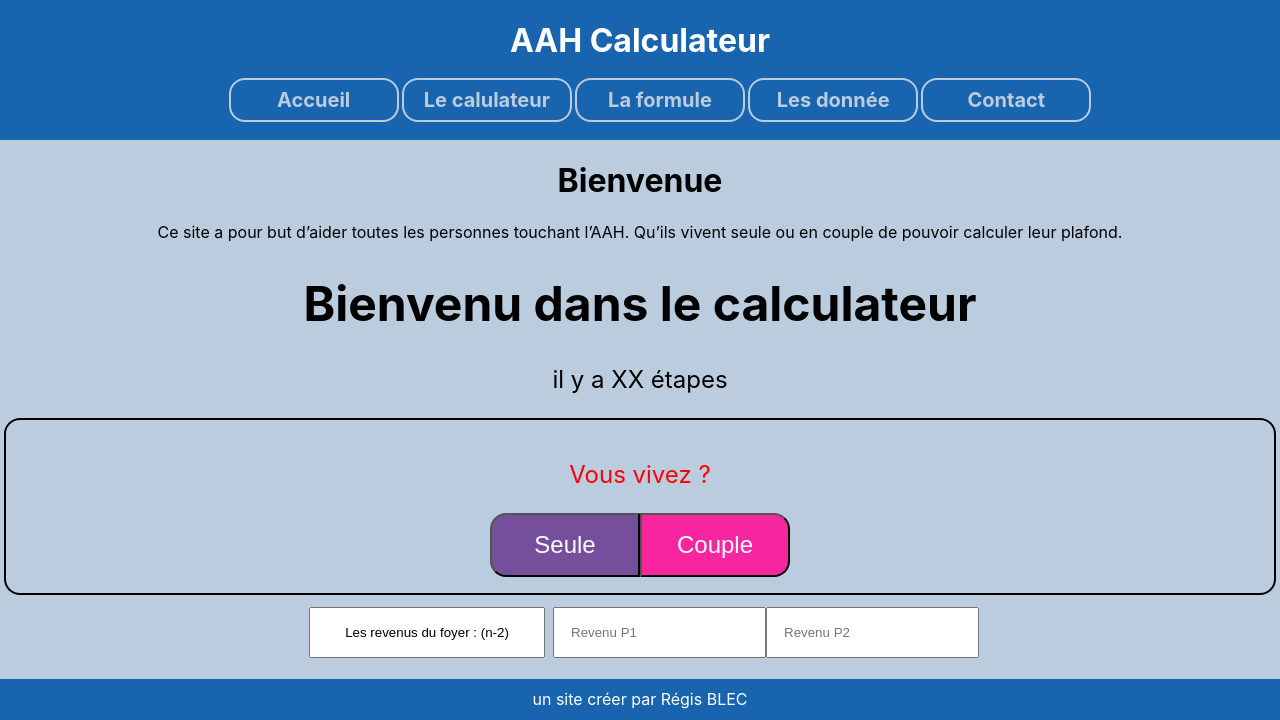
Repository: Cide74/calculateur-aah
Page: /
The author's editor kept a copy of each file at every save. The page is drawn from the files as they stood at one save, then again after a run of saves.
The browser window is 1280 px wide. The pictures show the whole page.
The project was rebuilt for these pictures with package versions that can differ from the ones it lists, and the page was loaded fresh each time.

Above is the page before, as saved 2021-04-05 19:47:58.

### public/index.html
<!DOCTYPE html>
<html lang="fr">
  <head>
    <meta charset="utf-8" />
    <link rel="icon" href="%PUBLIC_URL%/logoAAH.ico" />
    <meta name="viewport" content="width=device-width, initial-scale=1" />
    <meta name="theme-color" content="#000000" />
    <meta
      name="description"
      content="Web site created using create-react-app"
    />
    <link rel="apple-touch-icon" href="%PUBLIC_URL%/logoAAH.jpg" />
    <!--
      manifest.json provides metadata used when your web app is installed on a
      user's mobile device or desktop. See https://developers.google.com/web/fundamentals/web-app-manifest/
    -->
    <link rel="manifest" href="%PUBLIC_URL%/manifest.json" />
    <!--
      Notice the use of %PUBLIC_URL% in the tags above.
      It will be replaced with the URL of the `public` folder during the build.
      Only files inside the `public` folder can be referenced from the HTML.

      Unlike "/favicon.ico" or "favicon.ico", "%PUBLIC_URL%/favicon.ico" will
      work correctly both with client-side routing and a non-root public URL.
      Learn how to configure a non-root public URL by running `npm run build`.
    -->
    <title>React App</title>
  </head>
  <body>
    <noscript>You need to enable JavaScript to run this app.</noscript>
    <div id="root"></div>
    <!--
      This HTML file is a template.
      If you open it directly in the browser, you will see an empty page.

      You can add webfonts, meta tags, or analytics to this file.
      The build step will place the bundled scripts into the <body> tag.

      To begin the development, run `npm start` or `yarn start`.
      To create a production bundle, use `npm run build` or `yarn build`.
    -->
  </body>
</html>

### src/index.css
body {
  margin: 0;
  font-family: -apple-system, BlinkMacSystemFont, 'Segoe UI', 'Roboto', 'Oxygen',
    'Ubuntu', 'Cantarell', 'Fira Sans', 'Droid Sans', 'Helvetica Neue',
    sans-serif;
  -webkit-font-smoothing: antialiased;
  -moz-osx-font-smoothing: grayscale;







  background-color:#BBCCDE;
  background-color:#1864AF;
}

code {
  font-family: source-code-pro, Menlo, Monaco, Consolas, 'Courier New',
    monospace;
}

### src/App.js
import Header from './components/Header/Header';
import Menu from './components/Menu/Menu';
import Main from './components/Main/Main';
import Footer from './components/Footer/Footer';

import './App.scss';

function App() {
  return (
    <div className="App">
      <Header />
      <Menu />
      <Main />
      <Footer />
    </div>
  );
}

export default App;

### src/components/Header/Header.js
//import Menu from '../Menu/Menu';
import './Header.scss';

export default function Header() {
  return (
    <div className="header">
      <h1 className="header-title">AAH Calculateur</h1>

    </div>
  );
}

### src/components/Menu/Menu.js

import './Menu.scss';

export default function Menu() {
  return (
		<nav className="menu">
			<ul className="menu__list">
				<li className="menu__item menu__item--current">
          <a className="menu__link">Accueil</a></li>
				<li className="menu__item">
          <a className="menu__link">Le calulateur</a></li>
				<li className="menu__item">
          <a className="menu__link">La formule</a></li>
				<li className="menu__item">
          <a className="menu__link">Les donnée</a></li>
				<li className="menu__item">
          <a className="menu__link">Contact</a></li>
			</ul>
		</nav>
  );
}

### src/components/Main/Main.js
import Home from '../Home/Home';
import Calculator from '../Calculator/Calculator';

import './Main.scss';

export default function Main() {
  return (
    <div className="Main">
      < Home />
      < Calculator />

    </div>
  );
}

### src/components/Footer/Footer.js
import './Footer.scss';

export default function Footer() {
  return (
    <div className="Footer">
      <h1 className="Footer-title">un site créer par Régis BLEC</h1>
    </div>
  );
}

### src/App.scss
.App {

  text-align: center;
  background-color:#1864AF ;
  background-color:#BBCCDE;

  display: flex;
  flex-direction: column;
  min-height: 100vh;

  h1 {
   // color:white;
  }
}

### src/components/Header/Header.scss
.header {
    background-color:#1864AF;
    &-title {
        color: white;
        font-size: 2em;
        background-color:#1864AF;
        margin-bottom: 0rem ;
    }
}

### src/components/Menu/Menu.scss
.menu {
    color:#BBCCDE;
    background-color:#1864AF;
    &__list {
        display:inline-flex;
    }
    &__item {
        max-width: auto;
        margin:0.1rem;
        padding: 0.5rem;
        list-style:none;
        font-size: 1.25em;
        font-weight: bolder;
        border-radius: 1rem ;
        border:2px solid #BBCCDE;
        min-width: 150px;
    }
    &__item:hover {
            color :#1864AF;
            border-radius: 3rem ;
            background-color:#BBCCDE;
        }
}

### src/components/Home/Home.js


import './Home.scss';

export default function Home() {
  return (
    <div className='Home'>
      <h1>Bienvenue</h1>
      <p>Ce site a pour but d’aider toutes les personnes touchant l’AAH. Qu’ils vivent seule ou en couple de pouvoir calculer leur plafond. </p>

    </div>
  );
}

### src/components/Calculator/Calculator.js
import React from 'react';
import { Button } from 'semantic-ui-react'

import './Calculator.scss';

export default function Calculator() {

  return (
    <div className='calculateur'>



      <h1>Bienvenu dans le calculateur</h1>
      <p>il y a XX étapes </p>
        <form className="form">

          <div className='form-situation'>
            {/*
            <input
              type='text'
              className='form-situation-text'
              //onChange= ''
              value="Votre situation:"
              name='revenu-text'
            />*/}
            <p className='form-situation-text'>Vous vivez ?</p>
            <Button
              className='form-situation-seule'
              content='Seule'
              name='Seule'
              />
            <Button
              className='form-situation-couple'
              content='Couple'
              name='Couple'
              />



          </div>
        </form>
      <form className='form'>
        <div className="field-revenu">
          <input
            type='text'
            className='field-input-revenu-text'
            onChange= ''
            value="Les revenus du foyer : (n-2)"
            name='revenu-text'
          />
          <input
            type='number'
            className='field-input-revenu'
            onChange= ''
            value=""
            //onChange={handleChange}
            placeholder='Revenu P1 '
            name='revenu1'
          />
          <input
            type='number'
            className='field-input-revenu'
            onChange= ''
            value=""
            //onChange={handleChange}
            placeholder='Revenu P2 '
            name='revenu1'
          />
        </div>
      </form>
    </div>
  );
}

### src/components/Main/Main.scss
.Main {
    background-color: #BBCCDE;
    flex: 1;


    p {
    overflow: auto;
    }

}

### src/components/Footer/Footer.scss
.Footer {

    text-align: center;
    background-color:#1864AF;

    position: relative;
    width: 100%;

    &-title {
        text-align: center;
        text-overflow: clip;
        color:white;
        font-weight: normal;
        font-size: 1em;
    }

}

### src/components/Calculator/Calculator.scss
.calculateur {
   // color:orange;
    font-size: 1.5rem;
    .form {
        text-align: center;

        &-situation{
            border:2px solid black;
            color:red;
            margin: 0.25rem;
            padding: 1rem;
            border-radius: 1rem
            // width:400px;
        }
        &-situation-seule {
            font-size: 1.5rem;
            color:white;
            background-color: rgb(117, 79, 155);
            border-radius: 1rem 0rem 0rem 1rem;
            margin: 0rem;
            padding: 1rem;
            width: 150px;
        }
        &-situation-couple {
            font-size: 1.5rem;
            color:white;
            background-color: rgb(247, 38, 160);
            border-radius: 0rem 1rem 1rem 0rem;
            margin: 0rem;
            padding: 1rem;
            width: 150px;
        }
    }


    .field-input-revenu {
        color:red;

        width: max-content;
        padding: 1rem;

        &-text {
            text-align: center;
            width: 200px;
            margin: 0.5rem;
            padding: 1rem;
        }}
}

Loaded but not shown: src/index.js (common file); src/reportWebVitals.js (common file); src/components/Home/Home.scss (no stored copy; drawn as an empty file)

After the next 5 saves:
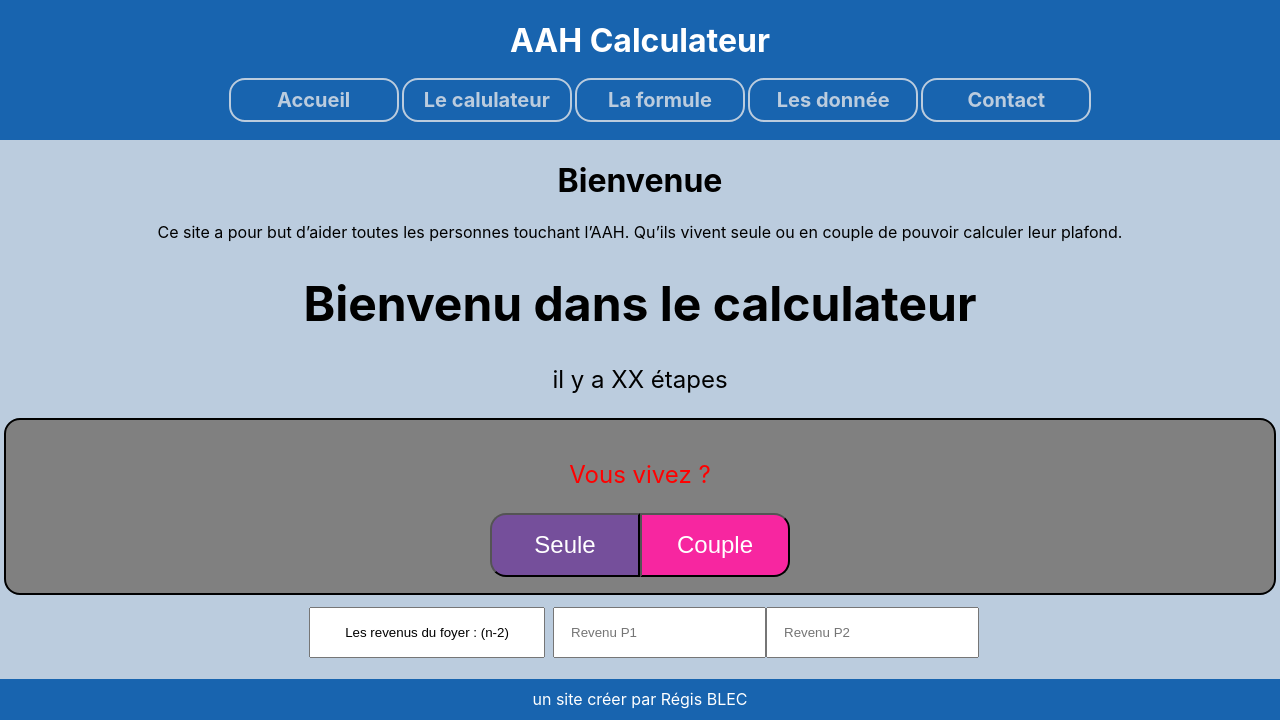
The 5 saves are shown as one change because they came seconds apart.
The last was saved 26 s later.
--- a/src/components/Calculator/Calculator.scss
+++ b/src/components/Calculator/Calculator.scss
@@ -7,6 +7,7 @@
         &-situation{
             border:2px solid black;
             color:red;
+            background-color: grey;
             margin: 0.25rem;
             padding: 1rem;
             border-radius: 1rem
